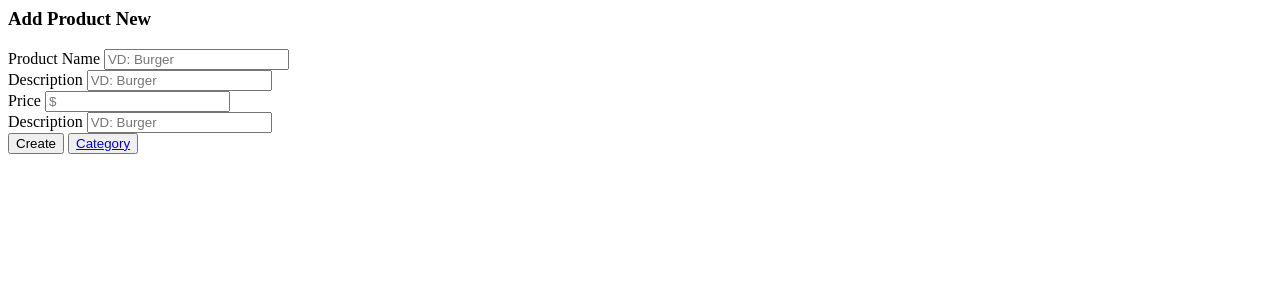
Repository: QunDev/du_an
Page: http://localhost/admin/products/createProduct.php
The author's editor kept a copy of each file at every save. The page is drawn from the files as they stood at one save, then again after the next save.
The browser window is 1280 px wide. The pictures show the whole page.
The page is run by PHP 8.4 with error messages shown; the project is at /var/www/html/.

Above is the page before, as saved 2023-11-24 09:24:14.
Console error: TypeError: Cannot read properties of null (reading 'addEventListener')

After the next save:
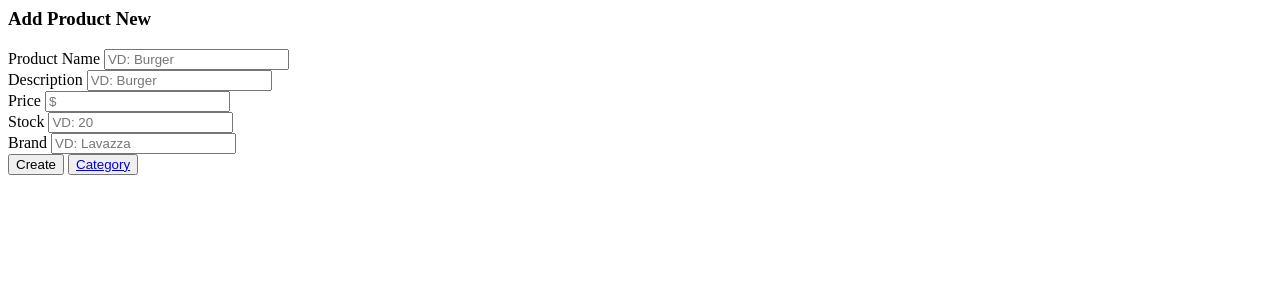
Saved 11 min 43 s later.
--- a/admin/products/createProduct.php
+++ b/admin/products/createProduct.php
@@ -51,12 +51,25 @@
         </div>
 
         <div class="form-group">
-          <label for="description" class="form-label">Description</label>
+          <label for="stock" class="form-label">Stock</label>
           <input
-            id="description"
-            name="description"
+            id="stock"
+            name="stock"
             type="text"
-            placeholder="VD: Burger"
+            placeholder="VD: 20"
+            class="form-control"
+            data-desc
+          />
+          <span class="form-message"></span>
+        </div>
+
+        <div class="form-group">
+          <label for="Brand" class="form-label">Brand</label>
+          <input
+            id="Brand"
+            name="Brand"
+            type="text"
+            placeholder="VD: Lavazza"
             class="form-control"
             data-desc
           />
